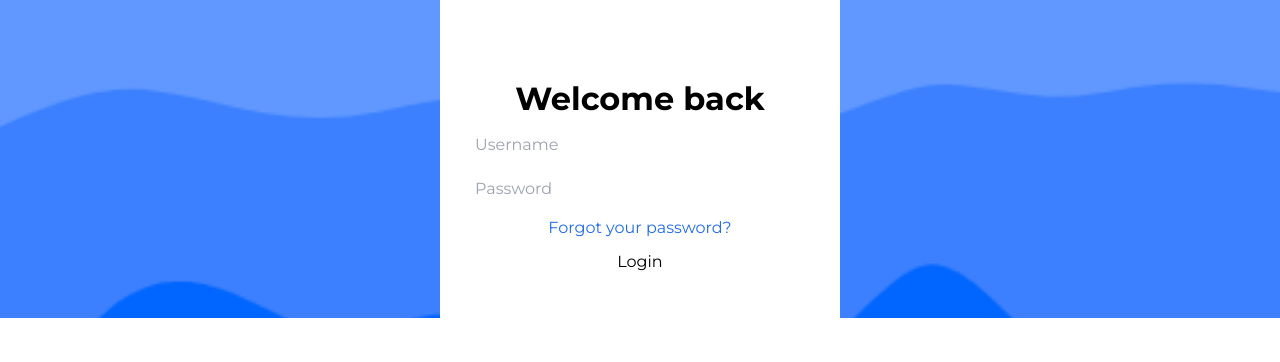
Repository: SatohJiro/CourseSale
Page: /
An editor plug-in stored every save of this project. The page is shown before and after the next save, followed by the edit.
The browser window is 1280 px wide. The pictures show the whole page.
The project was rebuilt for these pictures with package versions that can differ from the ones it lists, and the page was loaded fresh each time. Also part of the build but not shown: src/pages/Home/index.js, src/pages/Courses/index.js, src/layout/DefaultLayout/DefaultLayout.module.scss, src/layout/components/Header/Header.module.scss, src/layout/components/Header/index.js, src/layout/components/Sidebar/Sidebar.module.scss, src/layout/components/Sidebar/index.js, src/layout/DefaultLayout/index.js.

Above is the page before, as saved 2022-12-05 11:01:31.

### public/index.html
<!DOCTYPE html>
<html lang="en">
  <head>
    <meta charset="utf-8" />
    <link rel="icon" href="%PUBLIC_URL%/favicon.ico" />
    <meta name="viewport" content="width=device-width, initial-scale=1" />
    <meta name="theme-color" content="#000000" />
    <meta
      name="description"
      content="Web site created using create-react-app"
    />
    <link rel="apple-touch-icon" href="%PUBLIC_URL%/logo192.png" />
    <!--
      manifest.json provides metadata used when your web app is installed on a
      user's mobile device or desktop. See https://developers.google.com/web/fundamentals/web-app-manifest/
    -->
    <link rel="manifest" href="%PUBLIC_URL%/manifest.json" />
    <!--
      Notice the use of %PUBLIC_URL% in the tags above.
      It will be replaced with the URL of the `public` folder during the build.
      Only files inside the `public` folder can be referenced from the HTML.

      Unlike "/favicon.ico" or "favicon.ico", "%PUBLIC_URL%/favicon.ico" will
      work correctly both with client-side routing and a non-root public URL.
      Learn how to configure a non-root public URL by running `npm run build`.
    -->
    <title>Course Sale</title>
  </head>
  <body>
    <noscript>You need to enable JavaScript to run this app.</noscript>
    <div id="root"></div>
    <!--
      This HTML file is a template.
      If you open it directly in the browser, you will see an empty page.

      You can add webfonts, meta tags, or analytics to this file.
      The build step will place the bundled scripts into the <body> tag.

      To begin the development, run `npm start` or `yarn start`.
      To create a production bundle, use `npm run build` or `yarn build`.
    -->
  </body>
</html>

### src/index.js
import React from "react";
import ReactDOM from "react-dom/client";
import App from "./App";
import reportWebVitals from "./reportWebVitals";

import GlobalStyles from "~/components/GlobalStyles";

const root = ReactDOM.createRoot(document.getElementById("root"));
root.render(
  <React.StrictMode>
    <GlobalStyles>
      <App />
    </GlobalStyles>
  </React.StrictMode>
);

// If you want to start measuring performance in your app, pass a function
// to log results (for example: reportWebVitals(console.log))
// or send to an analytics endpoint. Learn more: https://bit.ly/CRA-vitals
reportWebVitals();

### src/App.js
import { Fragment } from "react";
import { BrowserRouter as Router, Routes, Route } from "react-router-dom";
import { publicRoutes } from "~/routes";
import { DefaultLayout } from "~/layout";
import Login from "./pages/Login/Login";

function App() {
  return (
    // <Router>
    //   <div className="App">
    //     <Routes>
    //       {publicRoutes.map((route, index) => {
    //         let Layout = DefaultLayout;
    //         if (route.layout) {
    //           Layout = route.layout;
    //         } else if (route.layout === null) {
    //           Layout = Fragment;
    //         }
    //         const Page = route.component;
    //         return (
    //           <Route
    //             key={index}
    //             path={route.path}
    //             element={
    //               <Layout>
    //                 <Page />
    //               </Layout>
    //             }
    //           />
    //         );
    //       })}
    //     </Routes>
    //   </div>
    // </Router>
    <Login></Login>
  );
}

export default App;

### src/components/GlobalStyles/index.js
import './GlobalStyles.scss'

function GlobalStyles({children}){
    return children
}
export default GlobalStyles

### src/routes/index.js
import { ROUTE_NAME } from "./routesConstant";

import Home from "~/pages/Home";
import Courses from "~/pages/Courses";
import Login from "~/pages/Login/Login";

const publicRoutes = [
  { path: ROUTE_NAME.ROOT, component: Home },
  { path: ROUTE_NAME.COURSES, component: Courses },
  { path: ROUTE_NAME.LOGIN, component: Login },
];
const privateRoutes = [];
export { publicRoutes, privateRoutes };

### src/layout/index.js
export {default as DefaultLayout} from './DefaultLayout'

### src/pages/Login/Login.jsx
import React from "react";

const Login = () => {
  return (
    <>
      <div className="grid place-items-center m-0 px-[24px] bg-login bg-no-repeat bg-cover animate-background-pan">
        <div className="w-[400px] px-[30px] pt-[70px] pb-[44px] round-[24px] bg-white text-center">
          <h2 className="mt-2 mb-2 text-[32px] font-bold">Welcome back</h2>
          <form action="" className="grid gap-4">
            <input className="p-2" type="text" placeholder="Username" />
            <input className="p-2" type="password" placeholder="Password" />
            <a href="#" className="text-link">
              Forgot your password?
            </a>
            <butotn>Login</butotn>
          </form>
        </div>
      </div>
    </>
  );
};

export default Login;

### src/components/GlobalStyles/GlobalStyles.scss
@tailwind base;
@tailwind components;
@tailwind utilities;
@import "normalize.css";
@import url("https://fonts.googleapis.com/css2?family=Montserrat:wght@300;400;500;600;700&display=swap");

:root {
}
* {
  margin: 0;
  padding: 0;
  box-sizing: border-box;
}
html {
  font-size: 62.5%;
  a {
    color: #fff;
  }
}
body {
  font-family: "Montserrat";
  font-size: 1.6rem;
  line-height: 1.5;
  text-rendering: optimizeSpeed;
}

### src/routes/routesConstant.js
const HOME = "/";
const COURSES = "/courses";
const LOGIN = "/login";

export const ROUTE_NAME = {
  LOGIN: LOGIN,
  ROOT: HOME,
  COURSES: COURSES,
};

### src/layout/components/Sidebar/Sidebar.js
import classNames from "classnames/bind";
import style from "./Sidebar.module.scss";

import { ROUTE_NAME } from "~/routes/routesConstant";
import { AiOutlineHome, AiOutlineUnorderedList } from "react-icons/ai";

import { Link } from "react-router-dom";
import { useState } from "react";

const cx = classNames.bind(style);

const listTab = [
  {
    name: "home",
    path: ROUTE_NAME.ROOT,
    title: "Trang chủ",
    icon: <AiOutlineHome className={cx("menu-icon")} />,
  },
  {
    name: "courses",
    path: ROUTE_NAME.COURSES,
    title: "Khóa học",
    icon: <AiOutlineUnorderedList className={cx("menu-icon")} />,
  },
];
function Sidebar() {
  const [tabActive, setTabActive] = useState(listTab[0].name);
  return (
    <div className={cx("wrapper")}>
      <div className={cx("menu-wrapper")}>
        {listTab.map((item, index) => {
          return (
            <Link
              to={item.path}
              className={cx(
                "menu-item",
                tabActive === item.name ? "active" : null
              )}
              key={index}
              onClick={() => {
                setTabActive(item.name);
              }}
            >
              {item.icon}
              <span className={cx("menu-title")}>{item.title}</span>
            </Link>
          );
        })}
      </div>
    </div>
  );
}

export default Sidebar;

### tailwind.config.js
/** @type {import('tailwindcss').Config} */
module.exports = {
  content: ["./src/**/*.{js,jsx,ts,tsx}"],
  theme: {
    extend: {
      colors: {
        link: "#216ce7",
      },
      backgroundImage: {
        login: "url('../assets/img/login/login.png')",
      },
      keyframs: {
        pan: {
          "100%": { backgroundPosition: "15% 50%" },
        },
      },
      animation: {
        "background-pan": "pan 6s infinite alternate linear",
      },
    },
  },
  plugins: [],
};

Loaded but not shown: src/reportWebVitals.js (common file)

After the next save:
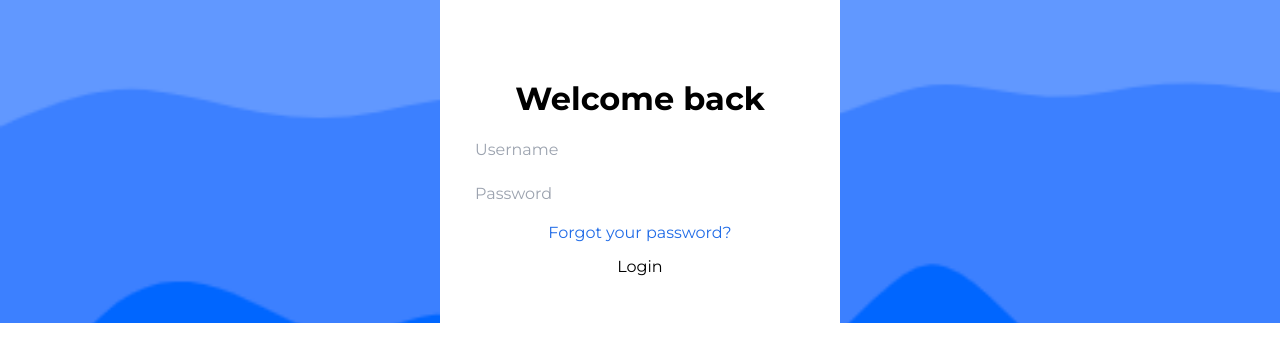
Saved 8 s later.
--- a/src/pages/Login/Login.jsx
+++ b/src/pages/Login/Login.jsx
@@ -5,7 +5,7 @@ const Login = () => {
     <>
       <div className="grid place-items-center m-0 px-[24px] bg-login bg-no-repeat bg-cover animate-background-pan">
         <div className="w-[400px] px-[30px] pt-[70px] pb-[44px] round-[24px] bg-white text-center">
-          <h2 className="mt-2 mb-2 text-[32px] font-bold">Welcome back</h2>
+          <h2 className="mt-2 mb-4 text-[32px] font-bold">Welcome back</h2>
           <form action="" className="grid gap-4">
             <input className="p-2" type="text" placeholder="Username" />
             <input className="p-2" type="password" placeholder="Password" />
